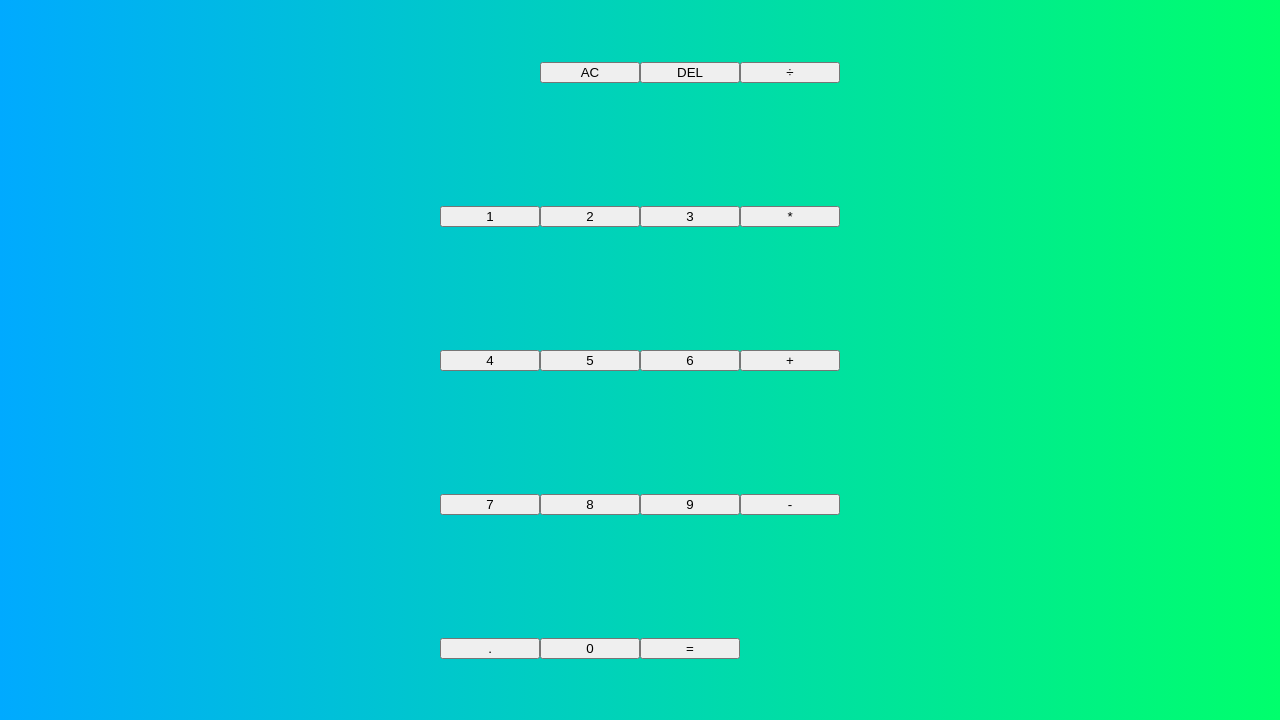
Repository: weazzyefff/Calculator-YT-Tutorial-
Page: index.html
These files come from the project's save history. The page is drawn as it stood at one moment and after the next save; the edit follows.
The browser window is 1280 px wide. The pictures show the whole page.

Above is the page before, as saved 2022-12-23 12:08:17.

### index.html
<!DOCTYPE html>
<html>
<head>
	<meta charset="utf-8">
	<meta name="viewport" content="width=device-width, initial-scale=1">
	<title>Calculator App</title>
    <link rel="stylesheet" href="styles.css">
    <script src="script.js" defer></script>
</head>
<body>
    <div class="calculator-grid">
    <div class="output">
        <div class="previous-operand"></div>
        <div class="current-operand"></div>
    </div>
    <button class="span-two">AC</button>
    <button>DEL</button>
    <button>÷</button>
    <button>1</button>
    <button>2</button>
    <button>3</button>
    <button>*</button>
    <button>4</button>
    <button>5</button>
    <button>6</button>
    <button>+</button>
    <button>7</button>
    <button>8</button>
    <button>9</button>
    <button>-</button>
    <button>.</button>
    <button>0</button>
    <button class="span-two">=</button>
    </div>

</body>
</html>

### styles.css
*, *::before, *::after {
    box-sizing: border-box;
    font-family: Gotham Rounded, sans-serif;
    font-weight: normal;
}

body {
    padding: 0;
    margin: 0;
    background: linear-gradient(to right, #00AAFF, #00FF6C);
}

.calculator-grid {
    display: grid;
    justify-content: center;
    align-items: center;
    min-height: 100vh;
    grid-template-columns: repeat(4,100px);
    grid-template-rows: minmax(120px, auto) repeat((5, 100px));
}

Loaded but not shown: script.js (no stored copy; drawn as an empty file)

After the next save:
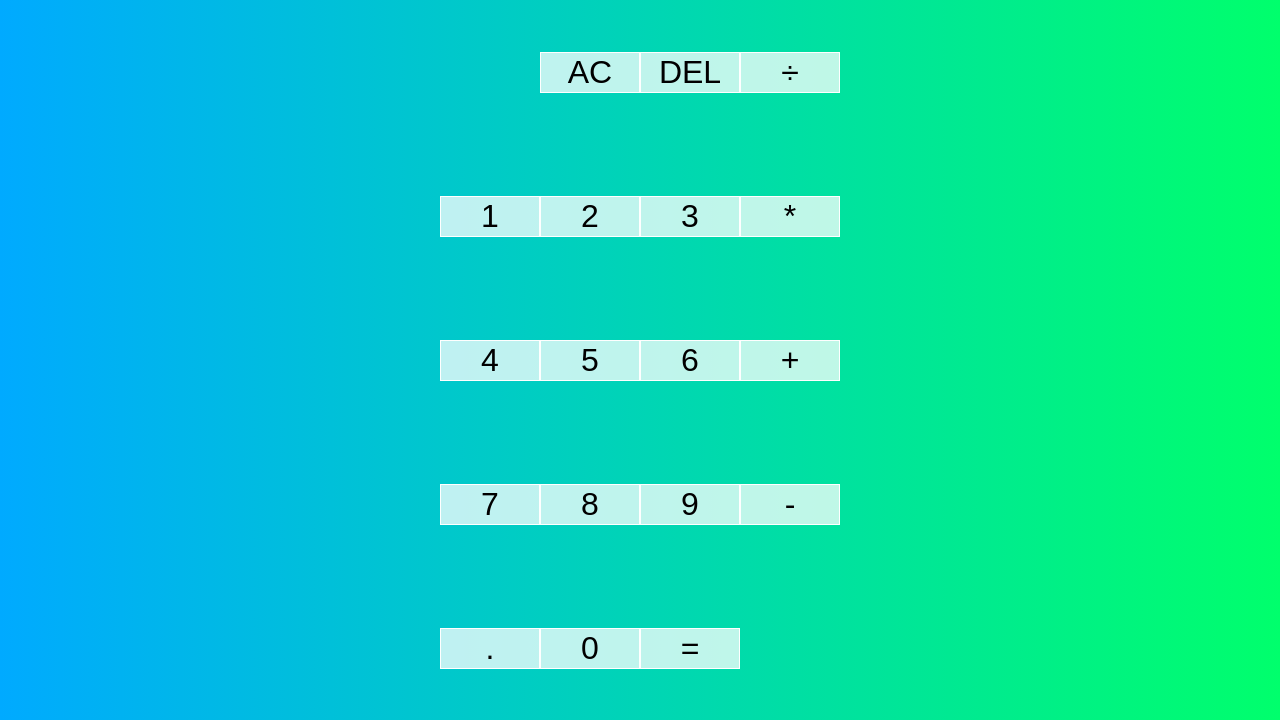
Saved 2 min 6 s later.
--- a/styles.css
+++ b/styles.css
@@ -18,3 +18,11 @@ body {
     grid-template-columns: repeat(4,100px);
     grid-template-rows: minmax(120px, auto) repeat((5, 100px));
 }
+
+.calculator-grid > button {
+    cursor: pointer;
+    font-size: 2rem;
+    border: 1px solid white;
+    outline: none;
+    background-color: rgba(255,255,255, .75);
+}
